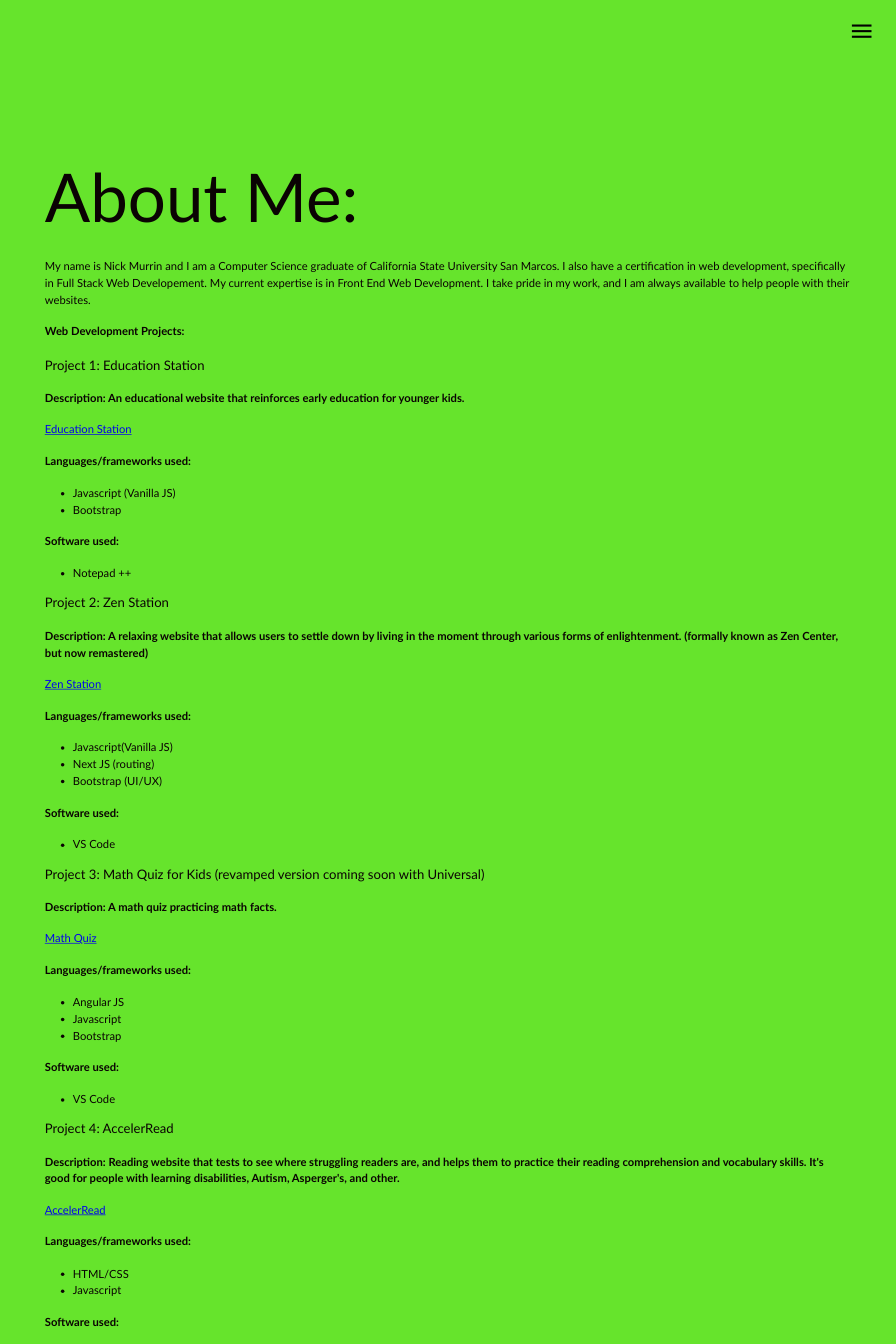
Repository: collegedude9300/modernport
Page: about.html
An editor plug-in stored every save of this project. The page is shown before and after the next save, followed by the edit.
The browser window is 1280 px wide. The pictures show the part of the page from y = 0 to 1920 px (the page is 3272 px tall before and 3248 px after), at 70% of full size.

Above is the page before, as saved 2023-06-25 20:51:33.

### about.html
<!DOCTYPE html>
<html lang="en">
<head>
  <meta charset="UTF-8">
  <meta name="viewport" content="width=device-width, initial-scale=1.0">
  <meta http-equiv="X-UA-Compatible" content="ie=edge">
  <link rel="stylesheet" href="css/main.css">
  <title>Portfolio</title>
</head>
<body>
<header>
<div class="menu-btn">
<div class="btn-line"></div>
<div class="btn-line"></div>
<div class="btn-line"></div>
</div>

<nav class="menu">
<div class="menu-branding">
<div class="portrait"></div>
</div>

<ul class="menu-nav">
<li class="nav-item">
<a href="index.html" class="nav-link">
Home
</a>
</li>

<li class="nav-item current">
<a href="about.html" class="nav-link">
About Me
</a>
</li>



<li class="nav-item">
<a href="contact.html" class="nav-link">
Contact Me
</a>
</li>
</ul>
</nav>
</header>
<main id="home">

<h1 class="lg-heading">
About Me:
</h1>
    <div class="about-info">
      <div class="bio">
        <p>My name is Nick Murrin and I am a Computer Science graduate of California State University San Marcos.
        I also have a certification in web development, specifically in Full Stack Web Developement.
        My  current expertise is in Front End Web Development.
        I take pride in my  work, and I am always available to help people with their websites.
        </p>
        <h4>  Web Development Projects:</h4>
      </div>
      <div class="project1">
        <h3>Project 1: Education Station </h3>
        <h4>Description: An educational website that reinforces early education for younger kids.</h4>
        <a href="https://educationstation.vercel.app/ "/>Education Station </a>
<h4> Languages/frameworks used: </h4>
<ul>
  <li>Javascript (Vanilla JS)</li>
  <li>Bootstrap</li>
</ul>
<h4> Software used: </h4>
<ul>
<li> Notepad ++  </li>
</ul>
      </div>
      <div class="project2">
        <h3>Project 2: Zen Station</h3>
        <h4>Description: A relaxing website that allows users to settle down by living in the moment through various forms of enlightenment.
          (formally known as Zen Center, but now remastered)</h4>
        <a href="https://zenstationnext.vercel.app/"/> Zen Station </a>
<h4> Languages/frameworks used: </h4>
<ul>
  <li>Javascript(Vanilla JS)</li>
  <li>Next JS (routing)</li>
  <li>Bootstrap (UI/UX)</li>
</ul>
<h4> Software used: </h4>
<ul>
<li> VS Code  </li>
</ul>
      </div>
<div class="project3">
        <h3>Project 3: Math Quiz for Kids (revamped version coming soon with Universal)</h3>
        <h4>Description: A math quiz practicing math facts.</h4>
        <a href="https://mathquiz-sigma.vercel.app/"/> Math Quiz </a>
<h4> Languages/frameworks used: </h4>
<ul>
  <li>Angular JS</li>
  <li>Javascript</li>
  <li>Bootstrap</li>
</ul>
<h4> Software used: </h4>
<ul>
<li> VS Code  </li>
</ul>
      </div>
</div>
</div>
<div class="project4">
  <h3>Project 4: AccelerRead</h3>
  <h4>Description: Reading website that tests to see where struggling readers are,
and helps them to practice their reading comprehension and vocabulary skills.
 It's good for people with learning disabilities, Autism, Asperger's, and other.</h4>
  <a href="https://accelerread.vercel.app/"/> AccelerRead </a>
<h4> Languages/frameworks used: </h4>
<ul>
<li>HTML/CSS</li>
<li>Javascript</li>
</ul>
<h4> Software used: </h4>
<ul>
<li> VS Code  </li>
</ul>
</div>
</div>
<div class="project5">
  <h3>Project 5: Zen College</h3>
  <h4>Description: A template for creating a generic college form. Zen College is a college for people with the Zen Buddhist mindset.</h4>
  <a href="https://zenschool.vercel.app/"/> Zen College </a>
<h4> Languages/frameworks used: </h4>
<ul>
  <li>Javascript(Vanilla JS)</li>
  <li>Next JS (routing)</li>
  <li>Bootstrap (UI/UX)</li>
</ul>
<h4> Software used: </h4>
<ul>
<li> VS Code  </li>
</ul>
</div>
</div>
<div class="project6">
  <h3>Project 6: Spectrum Station College</h3>
  <h4>Description: A template for creating a generic college form. Spectrum Station College is a college for people with disabilities, inlcuding Autism, ADHD, Aspergers, and related conditions.</h4>
  <a href="https://spectrumstation.vercel.app/"/> Spectrum Station College </a>
<h4> Languages/frameworks used: </h4>
<ul>
  <li>Javascript(Vanilla JS)</li>
  <li>Next JS (routing)</li>
  <li>ChakraUI (UI/UX)</li>
</ul>
<h4> Software used: </h4>
<ul>
<li> VS Code  </li>
</ul>
</div>
</div>

<div class="project7">
  <h3>Project 7: Diet Blog</h3>
  <h4>Description: A blog containing series of different tidbits to help people maintain a better understanding of health and fitness</h4>
  <a href="https://dietblog.vercel.app/"/> Diet Blog </a>
<h4> Languages/frameworks used: </h4>
<ul>
  <li>Javascript(Vanilla JS)</li>
  <li>Next JS (routing)</li>
  <li>Markup (JSON)</li>
</ul>
<h4> Software used: </h4>
<ul>
<li> VS Code  </li>
</ul>
</div>
</div>

<h3> Projects coming soon: (Summer/Fall 2023)      </h3>
<ul>
  <li> *insert Vuex (with Vue)project here*</li>
  <li> Math Quiz for Kids (revamped with Universal)</li>
</ul>
</main>
  <footer id="main-footer">
  Copyright &copy; 2023
  Developed and designed by Nick Murrin
  </footer>
<script src="js/main.js"> </script>
</body>
</html>

### css/main.css
.menu-btn {
  position: absolute;
  z-index: 3;
  right: 35px;
  top: 35px;
  cursor: pointer;
  transition: all 0.5s ease-out; }
  .menu-btn .btn-line {
    width: 28px;
    height: 3px;
    margin: 0 0 5px 0;
    background: #000;
    transition: all 0.5s ease-out; }
  .menu-btn.close {
    transform: rotate(180deg); }
    .menu-btn.close .btn-line:nth-child(1) {
      transform: rotate(45deg) translate(5px, 5px); }
    .menu-btn.close .btn-line:nth-child(2) {
      opacity: 0; }
    .menu-btn.close .btn-line:nth-child(3) {
      transform: rotate(-45deg) translate(7px, -6px); }

.menu {
  position: fixed;
  top: 0;
  width: 100%;
  opacity: 0.9;
  visibility: hidden; }
  .menu.show {
    visibility: visible; }
  .menu-branding, .menu-nav {
    display: flex;
    flex-flow: column wrap;
    align-items: center;
    justify-content: center;
    float: left;
    width: 50%;
    height: 100vh;
    overflow: hidden; }
  .menu-nav {
    margin: 0;
    padding: 0;
    background: #f6a205;
    list-style: none;
    transform: translate3d(0, -100%, 0);
    transition: all 0.5s ease-out; }
    .menu-nav.show {
      transform: translate3d(0, 0, 0); }
  .menu-branding {
    background: #faac1b;
    transform: translate3d(0, 100%, 0);
    transition: all 0.5s ease-out; }
    .menu-branding.show {
      transform: translate3d(0, 0, 0); }
    .menu-branding .portrait {
      width: 250px;
      height: 250px; }
  .menu .nav-item {
    transform: translate3d(600px, 0, 0);
    transition: all 0.5s ease-out; }
    .menu .nav-item.show {
      transform: translate3d(0, 0, 0); }
  .menu .nav-link {
    display: inline-block;
    position: relative;
    font-size: 30px;
    text-transform: uppercase;
    padding: 1rem 0;
    font-weight: 300;
    color: #000;
    text-decoration: none;
    transition: all 0.5s ease-out; }

.nav-item:nth-child(1) {
  transition-delay: 0.1s; }

.nav-item:nth-child(2) {
  transition-delay: 0.2s; }

.nav-item:nth-child(3) {
  transition-delay: 0.3s; }

.nav-item:nth-child(4) {
  transition-delay: 0.4s; }

@media screen and (min-width: 1171px) {
  .projects {
    grid-template-columns: repeat(4, 1fr); } }

@media screen and (min-width: 769px) and (max-width: 1170px) {
  .projects {
    grid-template-columns: repeat(3, 1fr); } }

@media screen and (max-width: 768px) {
  main {
    align-items: center;
    text-align: center; }
    main .lg-heading {
      line-height: 1;
      margin-bottom: 1rem; }
  ul.menu-nav,
  div.menu-branding {
    float: none;
    width: 100%;
    min-height: 0; }
    ul.menu-nav.show,
    div.menu-branding.show {
      transform: translate3d(0, 0, 0); }
  .menu-nav {
    height: 75vh;
    transform: translate3d(-100%, 0, 0);
    font-size: 24px; }
  .menu-branding {
    height: 25vh;
    transform: translate3d(100%, 0, 0); }
    .menu-branding .portrait {
      width: 150px;
      height: 150px; }
  .about-info {
    grid-template-areas: 'bioimage'
 'bio'
 'job1'
 'job2'
 'job3';
    grid-template-columns: 1fr; }
  .projects {
    grid-template-columns: repeat(2, 1fr); } }

@media screen and (max-width: 500px) {
  main {
    padding: 2rem; }
    main #home h1 {
      margin-top: 10vh; }
    main .lg-heading {
      margin-top: 1rem;
      font-size: 5rem; }
  .projects {
    grid-template-columns: 1fr; } }

* {
  box-sizing: border-box; }

body {
  background: #66e42c;
  color: #0a0303;
  height: 100%;
  margin: 0;
  font-family: 'Trebuchet MS', 'Lucida Sans Unicode', 'Lucida Grande', 'Lucida Sans', Arial, sans-serif;
  line-height: 1.5; }

.transition1 {
  width: 150px;
  height: 150px;
  background: red;
  transition: width 3s; }

.transition2 {
  width: 150px;
  height: 150px;
  background: #12e7ee;
  transition: width 3s; }

.transition3 {
  width: 150px;
  height: 150px;
  background: #e7d918;
  transition: width 3s; }

.transition4 {
  width: 150px;
  height: 150px;
  background: rgba(238, 150, 18, 0.753);
  transition: width 3s; }

.myTitle {
  padding: 50px;
  margin: 20px;
  font-size: 30px;
  font-family: Cambria, Cochin, Georgia, Times, 'Times New Roman', serif;
  color: #1133ca; }

h1, h2, h3 {
  margin: 0;
  font-weight: 400; }

.lg-heading {
  font-size: 6rem; }

header {
  position: relative;
  z-index: 2; }

main {
  padding: 4rem;
  height: 100%; }
  main#home {
    overflow: hidden; }
  main h1 {
    margin-top: 20vh; }

### js/main.js
// Select DOM Items
const menuBtn = document.querySelector('.menu-btn');
const menu = document.querySelector('.menu');
const menuNav = document.querySelector('.menu-nav');
const menuBranding = document.querySelector('.menu-branding');
const navItems = document.querySelectorAll('.nav-item');

// Set Initial State Of Menu
let showMenu = false;

menuBtn.addEventListener('click', toggleMenu);

function toggleMenu() {
  if (!showMenu) {
    menuBtn.classList.add('close');
    menu.classList.add('show');
    menuNav.classList.add('show');
    menuBranding.classList.add('show');
    navItems.forEach(item => item.classList.add('show'));

    // Set Menu State
    showMenu = true;
  } else {
    menuBtn.classList.remove('close');
    menu.classList.remove('show');
    menuNav.classList.remove('show');
    menuBranding.classList.remove('show');
    navItems.forEach(item => item.classList.remove('show'));

    // Set Menu State
    showMenu = false;
  }
}

After the next save:
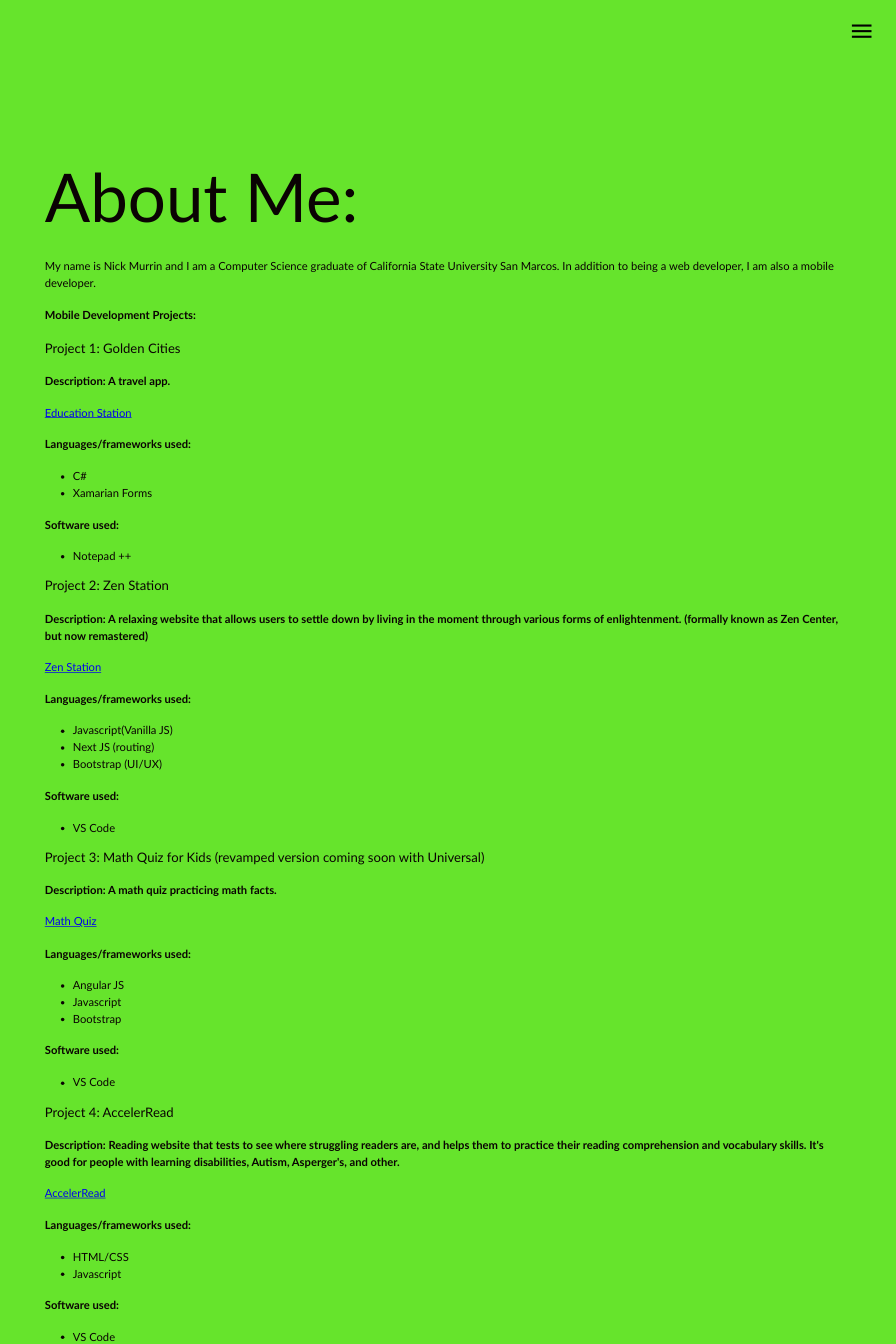
Saved 14 min 22 s later.
--- a/about.html
+++ b/about.html
@@ -51,20 +51,18 @@ About Me:
     <div class="about-info">
       <div class="bio">
         <p>My name is Nick Murrin and I am a Computer Science graduate of California State University San Marcos.
-        I also have a certification in web development, specifically in Full Stack Web Developement.
-        My  current expertise is in Front End Web Development.
-        I take pride in my  work, and I am always available to help people with their websites.
+        In addition to being a web developer, I am also a mobile developer.
         </p>
-        <h4>  Web Development Projects:</h4>
+        <h4>  Mobile Development Projects:</h4>
       </div>
       <div class="project1">
-        <h3>Project 1: Education Station </h3>
-        <h4>Description: An educational website that reinforces early education for younger kids.</h4>
+        <h3>Project 1: Golden Cities </h3>
+        <h4>Description: A travel app.</h4>
         <a href="https://educationstation.vercel.app/ "/>Education Station </a>
 <h4> Languages/frameworks used: </h4>
 <ul>
-  <li>Javascript (Vanilla JS)</li>
-  <li>Bootstrap</li>
+  <li>C#</li>
+  <li> Xamarian Forms</li>
 </ul>
 <h4> Software used: </h4>
 <ul>
